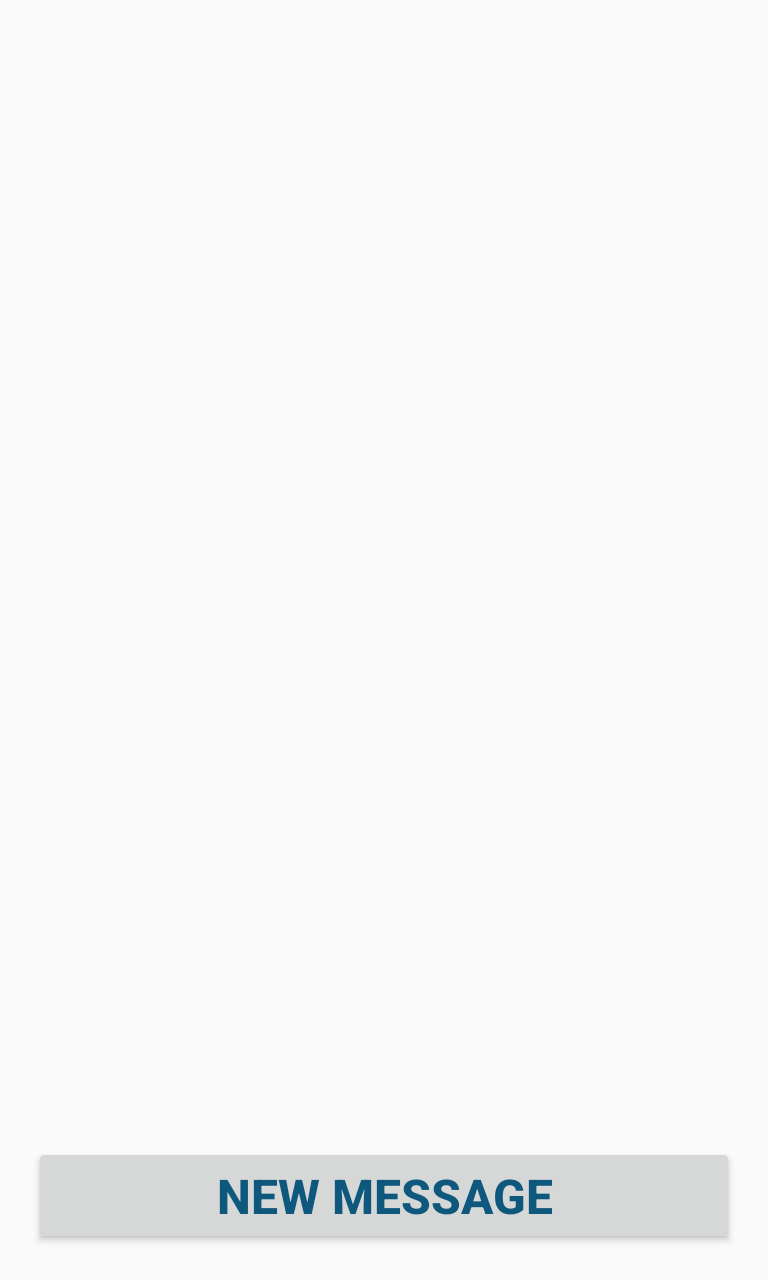
Repository: asaphy/routines
Layout: AndroidWorkSpace/Father'sDayApp/res/layout/activity_main.xml
These files come from the project's save history. The layout is drawn as it stood at one moment and after the next save; the edit follows.
It is drawn on a 768 x 1280 px phone screen (xhdpi) without system bars, with theme AppTheme; the app's code is not run.

Above is the layout before, as saved 2014-06-14 20:21:01.

After the next save:
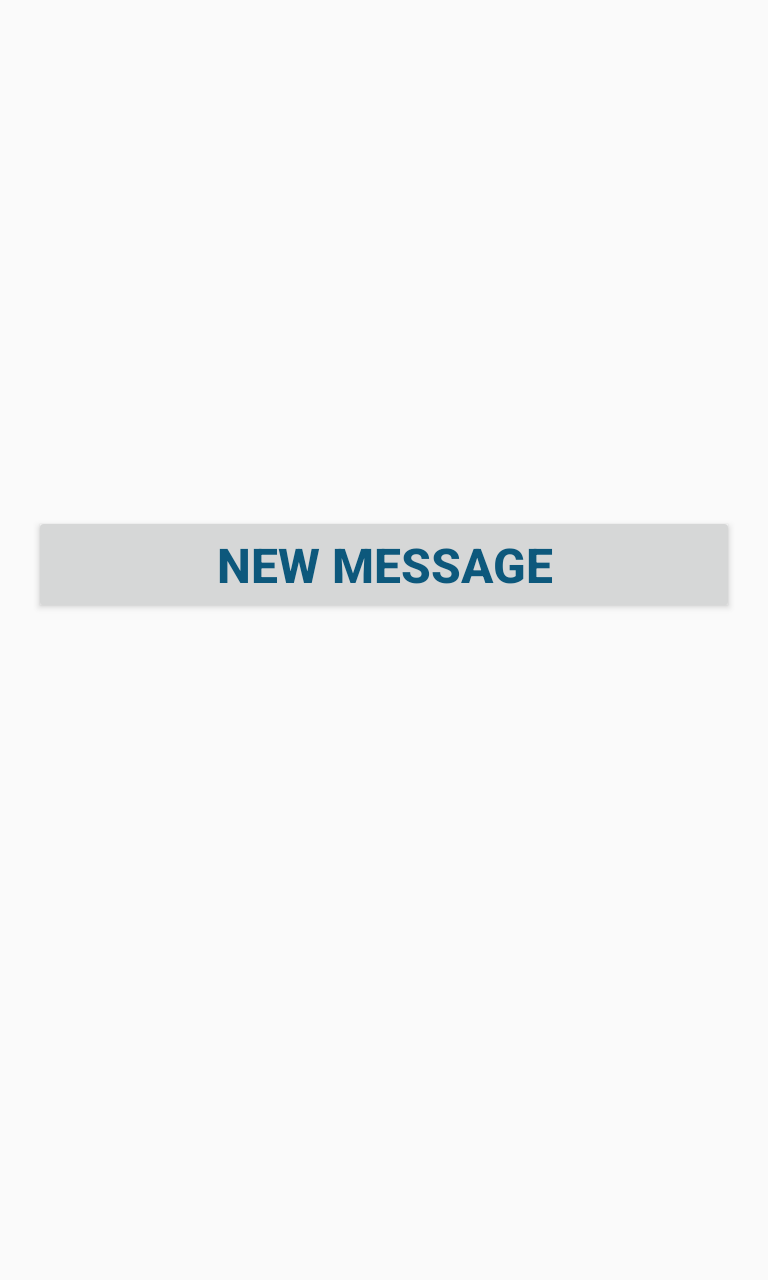
Saved 96 s later.
--- a/AndroidWorkSpace/Father'sDayApp/res/layout/activity_main.xml
+++ b/AndroidWorkSpace/Father'sDayApp/res/layout/activity_main.xml
@@ -12,8 +12,9 @@
         android:id="@+id/textView1"
         android:layout_width="wrap_content"
         android:layout_height="wrap_content"
+        android:layout_alignParentTop="true"
         android:layout_centerHorizontal="true"
-        android:layout_centerVertical="true"
+        android:layout_marginTop="103dp"
         android:gravity="center_horizontal"
         android:textSize="32sp" />
 
@@ -21,8 +22,9 @@
         android:id="@+id/button1"
         android:layout_width="match_parent"
         android:layout_height="wrap_content"
-        android:layout_alignParentBottom="true"
+        android:layout_below="@+id/textView1"
         android:layout_centerHorizontal="true"
+        android:layout_marginTop="94dp"
         android:text="New Message"
         android:textColor="#0D587C"
         android:textSize="24sp"
